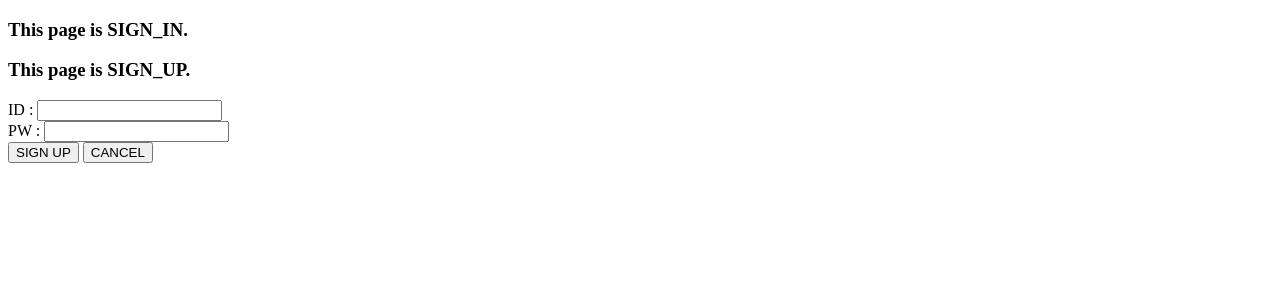
Repository: jjonggu/springMVC_STS
Page: http://localhost/ch08_pjt_01/signIn
The author's editor kept a copy of each file at every save. The page is drawn from the files as they stood at one save, then again after the next save.
The browser window is 1280 px wide. The pictures show the whole page.
The page is served by Tomcat 9.

Above is the page before, as saved 2024-01-30 06:38:08.

After the next save:
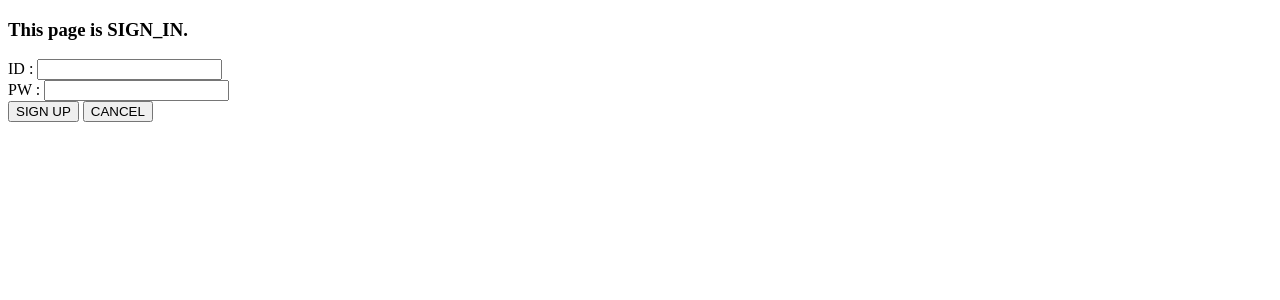
Saved 50 s later.
--- a/ch08_pjt_01/src/main/webapp/WEB-INF/views/sign_in.jsp
+++ b/ch08_pjt_01/src/main/webapp/WEB-INF/views/sign_in.jsp
@@ -8,8 +8,6 @@
 <body>
 	<h3>This page is SIGN_IN.</h3>
 
-	<h3>This page is SIGN_UP.</h3>
-
 	<form action="/hello/signInConfirm">
 	   ID : <input type="text" name="m_id"><br/>
 	   PW : <input type="password" name="m_pw"><br/>
